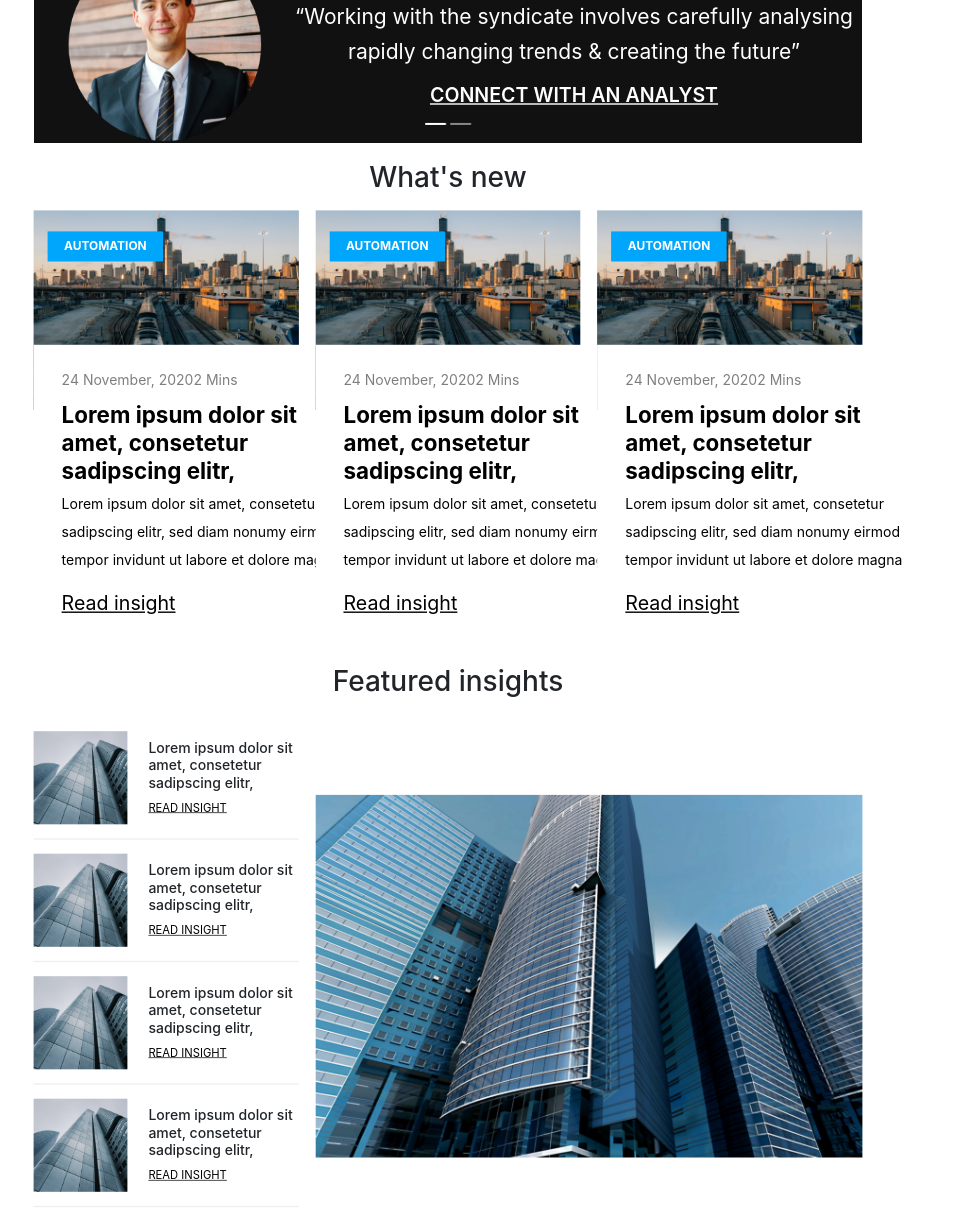
Repository: arif286/Business-webpage
Page: /
An editor plug-in stored every save of this project. The page is shown before and after the next save, followed by the edit.
The browser window is 1280 px wide. The page is 1361 px wide, so the pictures cover 1361 px, including what lies to the right of the window. The pictures show the part of the page from y = 1072 to 2832 px (the page is 2816 px tall before and 2832 px after), at 70% of full size.
The project was rebuilt for these pictures with package versions that can differ from the ones it lists, and the page was loaded fresh each time. Also part of the build but not shown: src/components/MainHeader/MainHeader.css, src/components/NotFound/NotFound.js.

Above is the page before, as saved 2021-05-27 17:06:21.

After the next save:
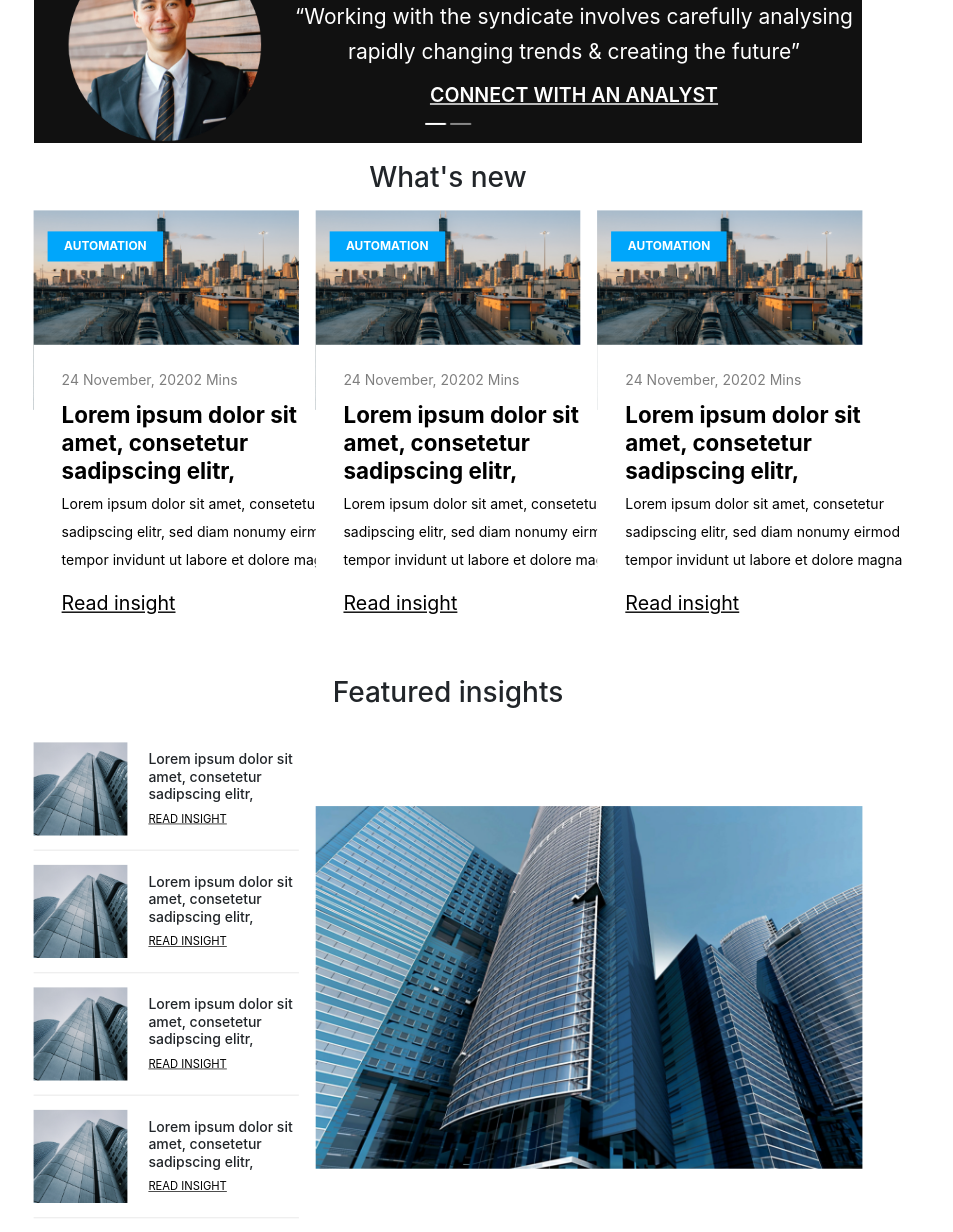
Saved 76 s later.
--- a/src/components/Featured/Featured.js
+++ b/src/components/Featured/Featured.js
@@ -26,7 +26,7 @@
 const Featured = () => {
   return (
     <div className="px-5">
-      <h1 className='text-center mb-5'>Featured insights</h1>
+      <h1 className='text-center mt-md-3 mb-5'>Featured insights</h1>
       <Row className='align-items-center'>
         <Col sm={12} lg={4}>
           {FeaturedData.map((item) => (
